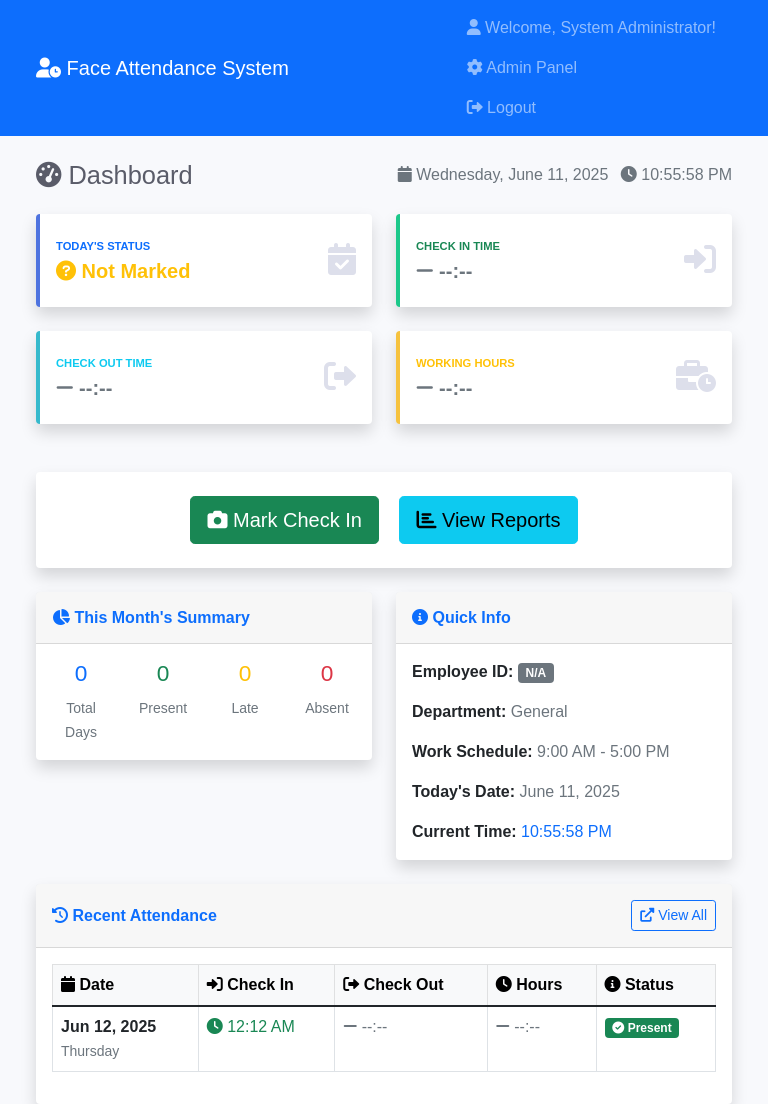
Repository: Ravindu1661/Face-Recognition-Attendance-System
Page: http://localhost/face-attendance-system/dashboard.php
These files come from the project's save history. The page is drawn as it stood at one moment and after the next save; the edit follows.
The browser window is 768 px wide. The pictures show the whole page.
The page is run by PHP 8.4 with error messages shown; the project is at /var/www/html/. The session is filled in as if someone had signed in: {"user_id": 1, "name": "System Administrator", "email": "admin@company.com", "role": "admin"}. The database holds what the project's SQL file puts in it.

Above is the page before, as saved 2025-06-11 23:55:06.

After the next save:
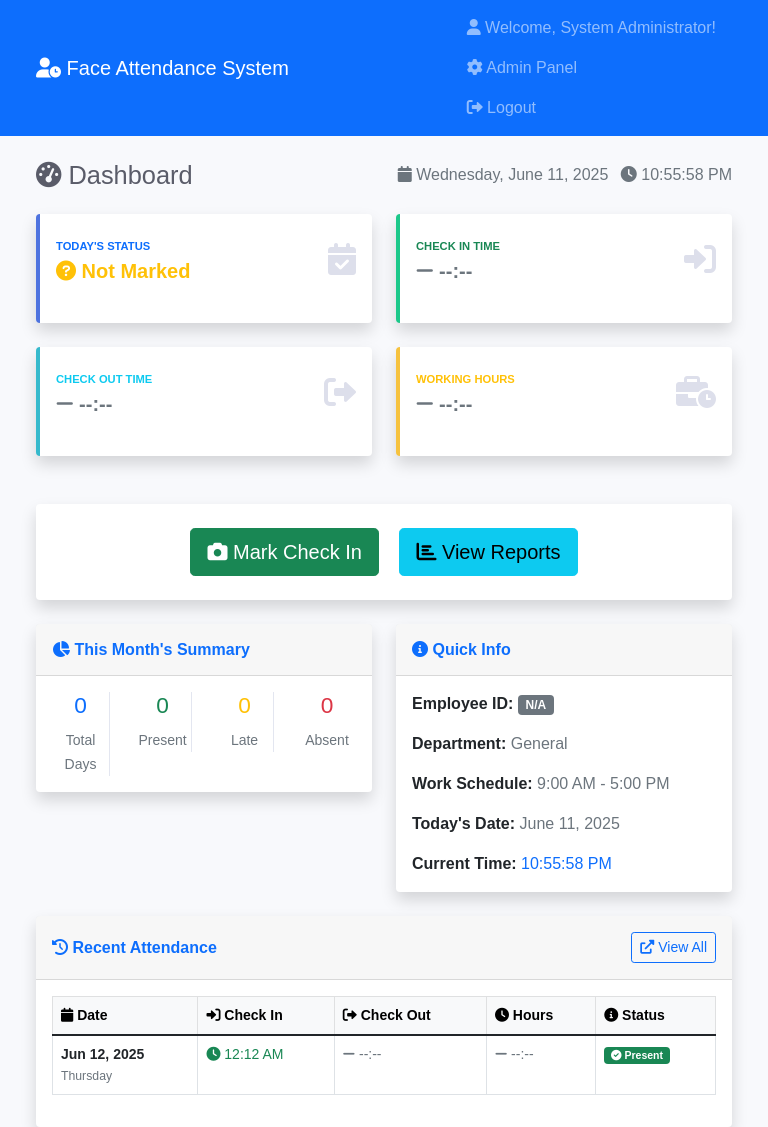
Saved 12 s later.
--- a/assets/css/style.css
+++ b/assets/css/style.css
@@ -152,3 +152,109 @@ body {
 .nav-link:hover {
     color: #4e73df !important;
 }
+
+/* Print Styles */
+@media print {
+    .no-print {
+        display: none !important;
+    }
+
+    .card {
+        border: 1px solid #dee2e6 !important;
+        box-shadow: none !important;
+    }
+
+    .table {
+        font-size: 12px;
+    }
+
+    .badge {
+        border: 1px solid #000;
+        color: #000 !important;
+        background-color: transparent !important;
+    }
+
+    canvas {
+        display: none !important;
+    }
+}
+
+/* Report specific styles */
+.stat-card {
+    transition: all 0.3s ease;
+}
+
+.stat-card:hover {
+    transform: translateY(-5px);
+    box-shadow: 0 0.5rem 1rem rgba(0, 0, 0, 0.15) !important;
+}
+
+.table-hover tbody tr:hover {
+    background-color: rgba(0, 0, 0, 0.075);
+}
+
+.border-right {
+    border-right: 1px solid #e3e6f0;
+}
+
+/* Chart containers */
+.chart-container {
+    position: relative;
+    height: 300px;
+}
+
+/* Status badges */
+.badge {
+    font-size: 0.75em;
+}
+
+/* Modal improvements */
+.modal-lg {
+    max-width: 900px;
+}
+
+/* Responsive improvements */
+@media (max-width: 768px) {
+    .stat-card {
+        margin-bottom: 1rem;
+    }
+
+    .table-responsive {
+        font-size: 0.875rem;
+    }
+
+    .btn-group-sm > .btn {
+        padding: 0.25rem 0.5rem;
+        font-size: 0.75rem;
+    }
+}
+
+/* Loading states */
+.loading {
+    opacity: 0.6;
+    pointer-events: none;
+}
+
+.spinner-border-sm {
+    width: 1rem;
+    height: 1rem;
+}
+
+/* Custom scrollbar for tables */
+.table-responsive::-webkit-scrollbar {
+    height: 8px;
+}
+
+.table-responsive::-webkit-scrollbar-track {
+    background: #f1f1f1;
+    border-radius: 4px;
+}
+
+.table-responsive::-webkit-scrollbar-thumb {
+    background: #c1c1c1;
+    border-radius: 4px;
+}
+
+.table-responsive::-webkit-scrollbar-thumb:hover {
+    background: #a8a8a8;
+}
